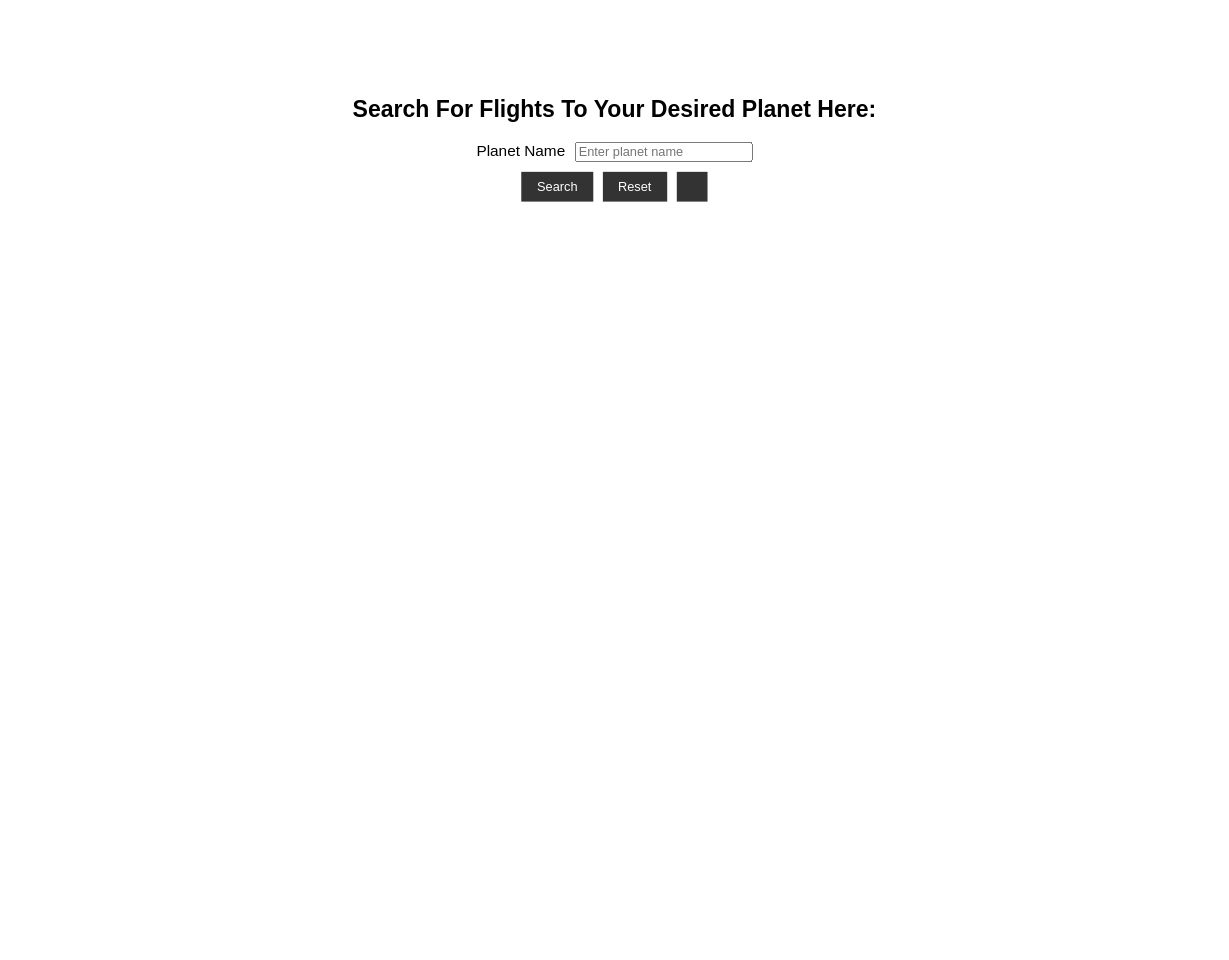
Repository: addisjackson/project-front-end-portfolio2
Page: index.html
These files come from the project's save history. The page is drawn as it stood at one moment and after the next save; the edit follows.
The browser window is 1280 px wide. The pictures show the whole page, at 96% of full size.

Above is the page before, as saved 2023-07-17 20:08:54.

After the next save:
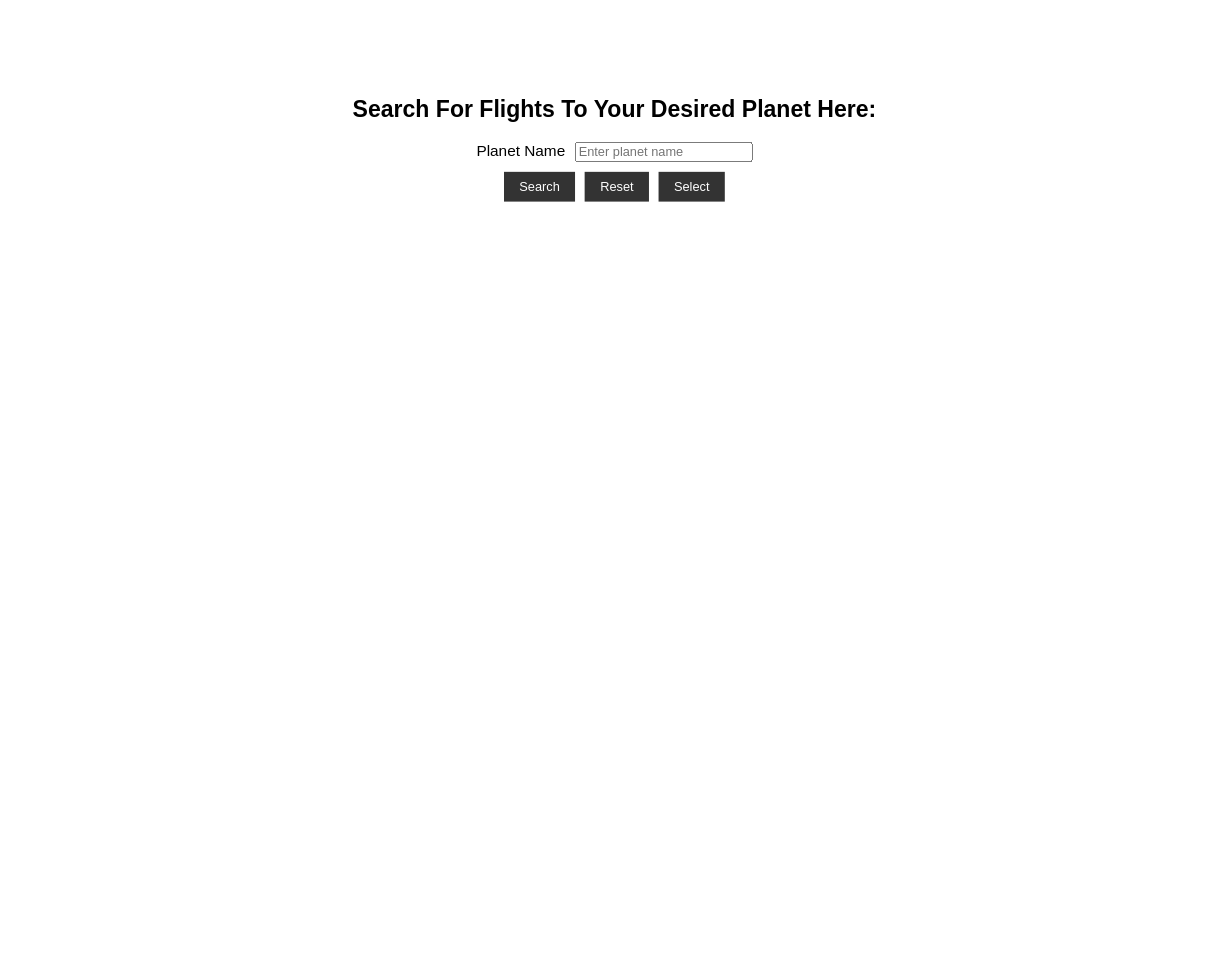
Saved 4 min 39 s later.
--- a/index.html
+++ b/index.html
@@ -19,7 +19,7 @@
     <div class="buttons">
       <button type="submit" id="searchButton">Search</button>
       <button type="reset" id="resetButton">Reset</button>
-      <button type="select" id="selectButton" class="hidden-button"></button>
+      <button type="select" id="selectButton" class="hidden-button">Select</button>
     </div>
   </form>
   <section class="planet-section">
